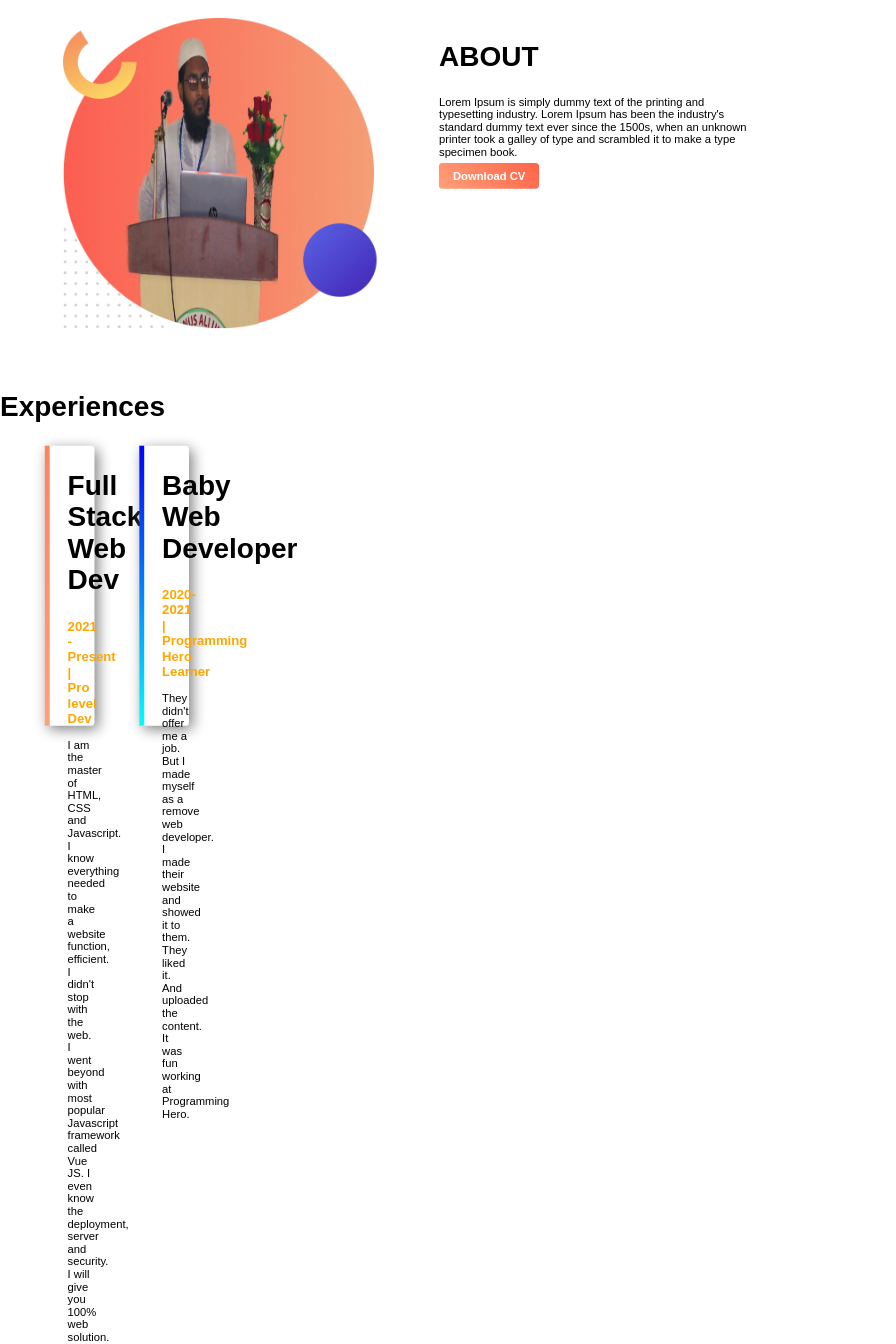
Repository: sabbircse3/personal-website
Page: index.html
An editor plug-in stored every save of this project. The page is shown before and after a run of saves, followed by the edit.
The browser window is 1280 px wide. The pictures show the part of the page from y = 974 to 2894 px (the page is 2894 px tall), at 70% of full size.

Above is the page before, as saved 2021-01-06 00:16:42.

### index.html
<!DOCTYPE html>
<html lang="en">
<head>
    <title>personal-website</title>
    <link rel="preconnect" href="https://fonts.gstatic.com">
    <link href="https://fonts.googleapis.com/css2?family=Montserrat&display=swap" rel="stylesheet">
    <link rel="stylesheet" href="style.css">
</head>
<body>

    <section>
        <div>
            <ul id="menu">
                <li><a href="#">Contact</a></li>
                <li><a href="#">Protfolio</a></li>
                <li><a href="#">Work</a></li>
                <li><a href="#">About</a></li>
            </ul>
        </div>
    </section>

    <section class="top-banner">
        <div class="half-width">
            <h1>HELLO, I'M</h1>
            <h1> <span class="name-highlight">SABBIR</span></h1>
            <p>A full stack allaround designer that placerat in massa consectetur</p>
            <a class="link-button" target="_blank" href="https://www.linkedin.com/company/programminghero/">HIRE ME</a>
        </div>

        <div class="half-width">
            <img src="images/sabbir1.png" alt="">
        </div>
    </section>

    <section class="about">
        <div class="half-width">
            <img src="images/sabbir1.png" alt="">
        </div>

        <div class="half-width">
            <h2> ABOUT</h2>
            <p>Lorem Ipsum is simply dummy text of the printing and typesetting industry. Lorem Ipsum has been the industry's standard dummy text ever since the 1500s, when an unknown printer took a galley of type and scrambled it to make a type specimen book.</p>
            <a class="link-button" target="_blank" href="https://www.linkedin.com/company/programminghero/">Download CV</a>
        </div>

    </section>

    <section class="experience-area">
        <h2>Experiences</h2>
        <div id="full-stack" class="half-width single-experience">
            <h2>Full Stack Web Dev</h2>
            <h3 class="orange-highlight">2021 - Present | Pro level Dev</h3>
            <p>I am the master of HTML, CSS and Javascript. I know everything needed to make a website function, efficient. I didn't stop with the web. I went beyond with most popular Javascript framework called Vue JS. I even know the deployment, server and security. I will give you 100% web solution.</p>

        </div>

        <div id="baby-web" class="half-width single-experience">
            <h2>Baby Web Developer</h2>
            <h3 class="orange-highlight">2020-2021 | Programming Hero Learner</h3>
            <p>They didn't offer me a job. But I made myself as a remove web developer. I made their website and showed it to them. They liked it. And uploaded the content. It was fun working at Programming Hero.</p>

        </div>



    </section>

</body>
</html>

### style.css
body{
    font-family: sans-serif;
    margin: 0px;
}
#menu{
	padding:0;
	list-style-type:none;
	width:960px;
	margin:0 auto;
}
#menu li{
	float:right;
}
#menu li a{
	color:black;
	text-decoration:none;
	padding:10px 20px;
	display:block;
}

h1{
    font-size: 50px;
}
h2{
    font-size: 40px;
}
.name-highlight{
    color: #FF8367;
}
.half-width{
    width: 35%;
    float: left;
    margin-left: 5%;
    padding-left: 2%;
}
.half-width img{
    width: 100%;
}

section{
    height: 500px;
}
.link-button{
    text-decoration: none;
    background-image: linear-gradient(45deg, lightSalmon, tomato);
    padding: 10px 20px;
    border-radius: 5px;
    color: white;
    font-weight: 700;
}
.experience-area{
    background-image: #E5E5E5
    background-repeat: no-repeat;
    background-position: left;
}
.orange-highlight{
    color: orange;
}
.single-experience{
    box-shadow: 5px 5px 20px gray;
    border-radius: 5px;
	height: 80%;
	width: 3%;
}
#full-stack{
    border-left: 7px solid;
    border-image: linear-gradient(80deg, lightSalmon, tomato);
    border-image-slice: 1;
    background-color: white;
}
#baby-web{
    border-left: 7px solid;
    border-image: linear-gradient(180deg, blue, cyan);
    border-image-slice: 1;
}
footer p{
    text-align: center;
    font-size: 12px;
}

After the next 3 saves:
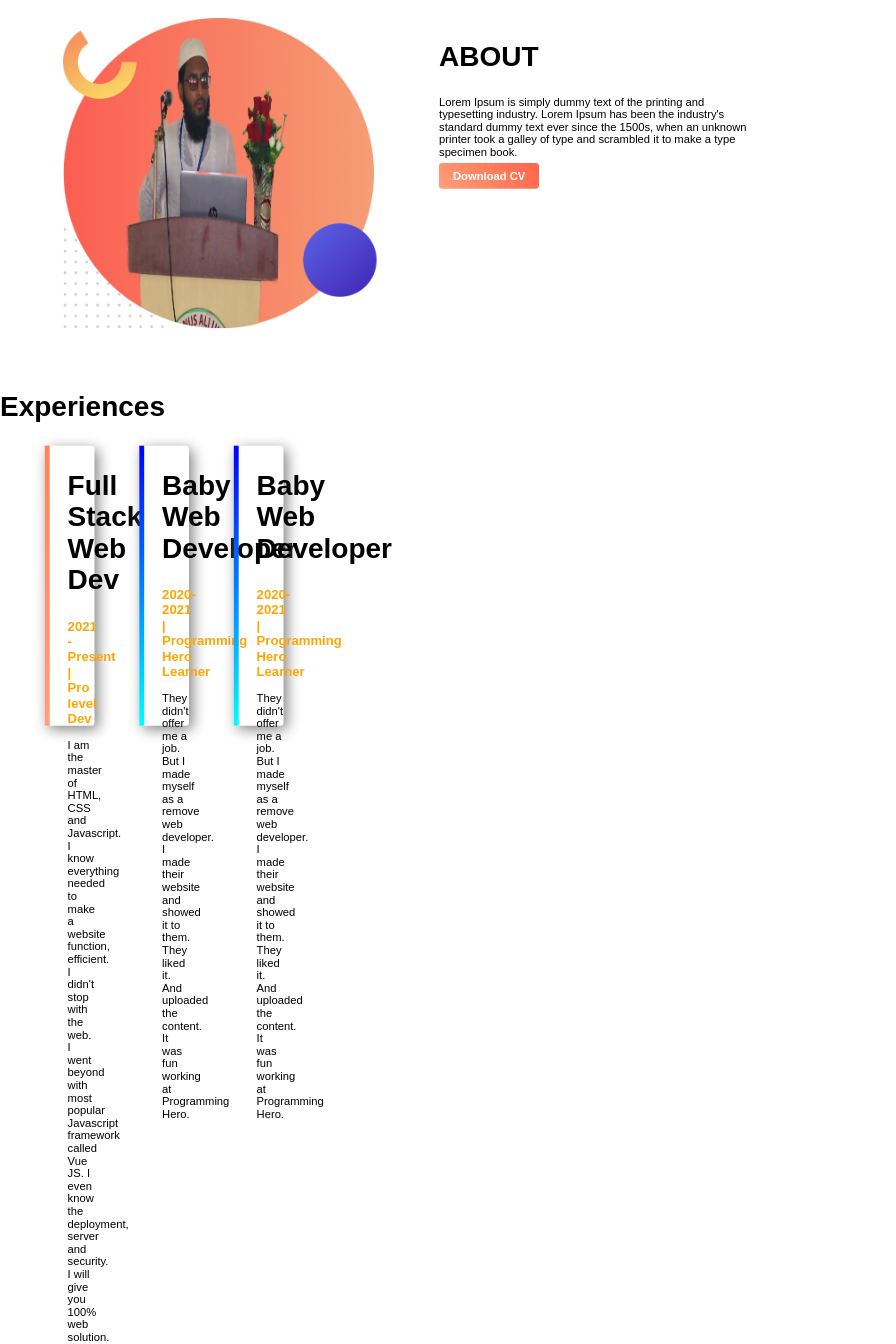
The 3 saves are shown as one change because they came seconds apart.
The last was saved 20 s later.
--- a/index.html
+++ b/index.html
@@ -61,6 +61,13 @@
 
         </div>
 
+        <div id="baby-web" class="half-width single-experience">
+            <h2>Baby Web Developer</h2>
+            <h3 class="orange-highlight">2020-2021 | Programming Hero Learner</h3>
+            <p>They didn't offer me a job. But I made myself as a remove web developer. I made their website and showed it to them. They liked it. And uploaded the content. It was fun working at Programming Hero.</p>
+
+        </div>
+
 
 
     </section>
